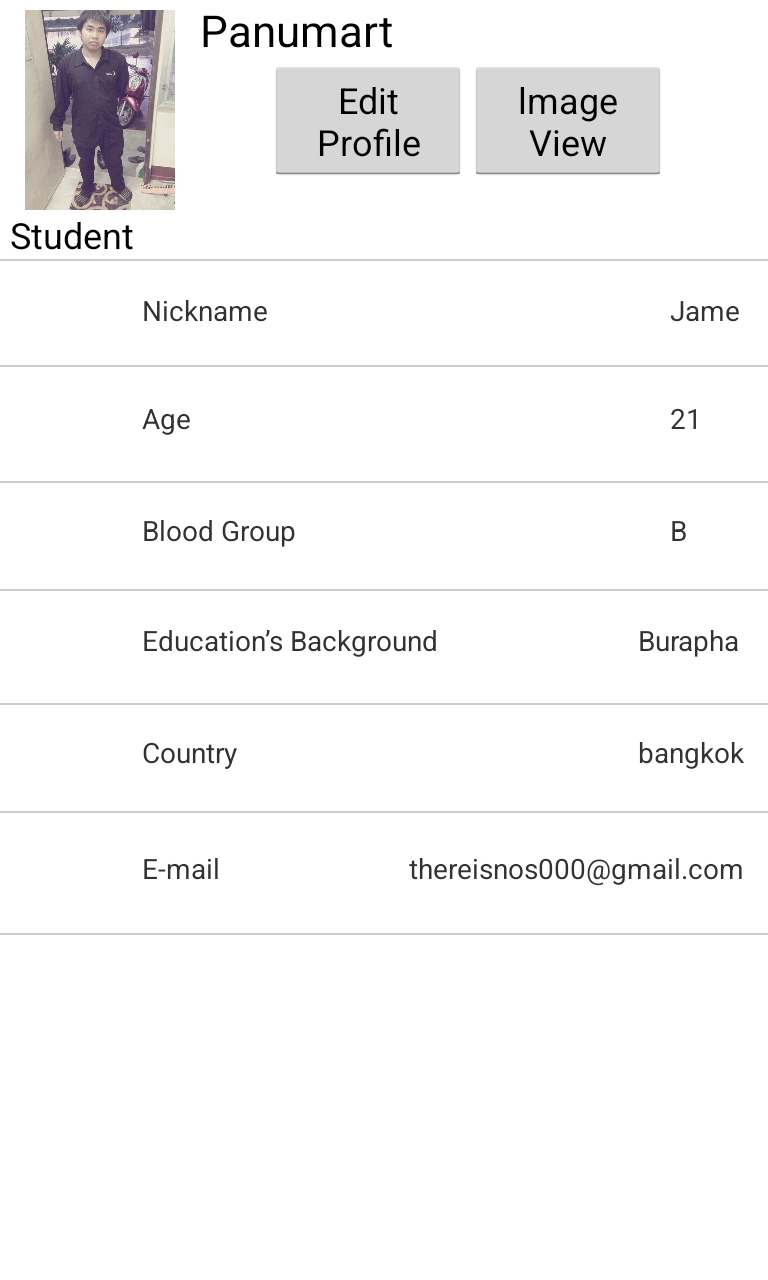
Repository: PanumartThamkawin/Resuma_55410657
Layout: Panu657/res/layout/activity_main.xml
An editor plug-in stored every save of this project. The layout is shown before and after the next save, followed by the edit.
It is drawn on a 768 x 1280 px phone screen (xhdpi) without system bars, with theme AppTheme; the app's code is not run.

Above is the layout before, as saved 2014-09-01 07:21:17.

After the next save:
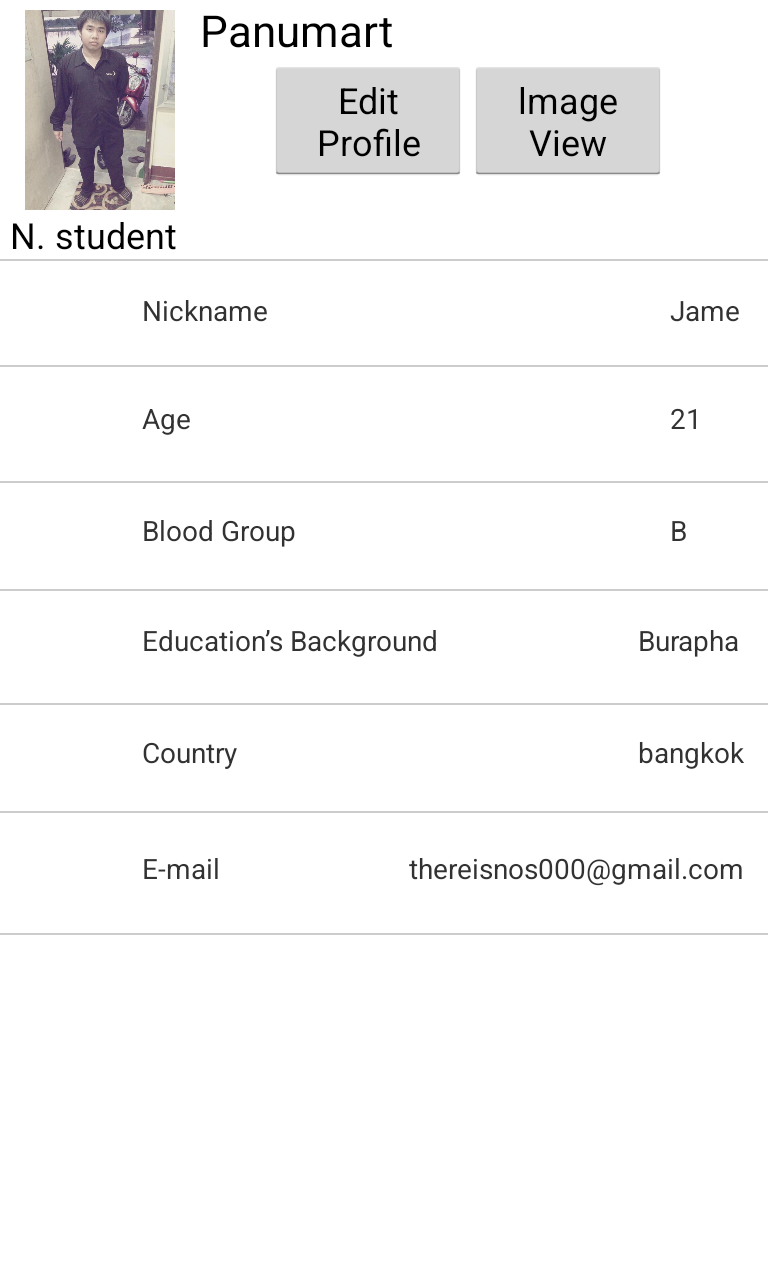
Saved 111 s later.
--- a/Panu657/res/layout/activity_main.xml
+++ b/Panu657/res/layout/activity_main.xml
@@ -57,7 +57,7 @@
             android:layout_width="wrap_content"
             android:layout_height="wrap_content"
             android:layout_marginLeft="5dp"
-            android:text="Student "
+            android:text="N. student"
             android:textAppearance="?android:attr/textAppearanceMedium" />
     </LinearLayout>
 
